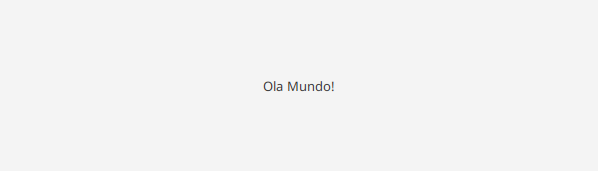
Repository: anxoportela/PROG
Program's window: java Java_Interfaz/ProyectoJavaFX/src/com/acarballeira/javaFX/ejemplo9/App.java
An editor plug-in stored every save of this project. The program's window is shown before and after a run of saves, followed by the edit.
It runs on Java 21 on a 1366 x 768 screen with JavaFX 11; the title bar is not drawn.

Above is the program's window before, as saved 2020-03-06 17:08:54.

### Java_Interfaz/ProyectoJavaFX/src/com/acarballeira/javaFX/ejemplo9/App.java
package com.acarballeira.javaFX.ejemplo9;

import javafx.application.Application;
import javafx.geometry.Pos;
import javafx.scene.Scene;
import javafx.scene.control.Label;
import javafx.stage.Stage;

public class App extends Application {
	 @Override
	 public void start(Stage primaryStage) {

	 primaryStage.setTitle("Ola Mundo!!!");
	 primaryStage.setWidth(600);
	 primaryStage.setHeight(200);
	 primaryStage.setResizable(false);

	 Label etiqueta = new Label("Ola Mundo!");
	 etiqueta.setAlignment(Pos.CENTER);

	 Scene primaryScene = new Scene(etiqueta);
	 primaryStage.setScene(primaryScene);
	 primaryStage.show();

	 }
	 public static void main(String[] args) {
	 Application.launch();
	 }
	}

After the next 2 saves:
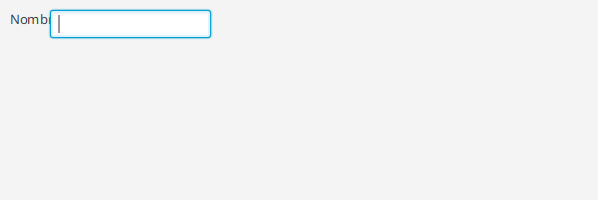
The 2 saves are shown as one change because 1 did not build or start.
The last was saved 14 min 32 s later.
--- a/Java_Interfaz/ProyectoJavaFX/src/com/acarballeira/javaFX/ejemplo9/App.java
+++ b/Java_Interfaz/ProyectoJavaFX/src/com/acarballeira/javaFX/ejemplo9/App.java
@@ -4,26 +4,40 @@
 import javafx.geometry.Pos;
 import javafx.scene.Scene;
 import javafx.scene.control.Label;
+import javafx.scene.control.TextField;
+import javafx.scene.layout.Pane;
 import javafx.stage.Stage;
 
 public class App extends Application {
-	 @Override
-	 public void start(Stage primaryStage) {
+	@Override
+	public void start(Stage primaryStage) {
 
-	 primaryStage.setTitle("Ola Mundo!!!");
-	 primaryStage.setWidth(600);
-	 primaryStage.setHeight(200);
-	 primaryStage.setResizable(false);
+		primaryStage.setTitle("Ola Mundo!!!");
+		// primaryStage.setWidth(600);
+		// primaryStage.setHeight(200);
+		// primaryStage.setResizable(false);
 
-	 Label etiqueta = new Label("Ola Mundo!");
-	 etiqueta.setAlignment(Pos.CENTER);
+		// Label etiqueta = new Label("Ola Mundo!");
+		// etiqueta.setAlignment(Pos.CENTER);
 
-	 Scene primaryScene = new Scene(etiqueta);
-	 primaryStage.setScene(primaryScene);
-	 primaryStage.show();
+		Pane root = new Pane();
+		Label nombreLabel = new Label("Nombre: ");
+		nombreLabel.relocate(10, 10);
 
-	 }
-	 public static void main(String[] args) {
-	 Application.launch();
-	 }
+		TextField nombreField = new TextField();
+		nombreField.relocate(50,10);
+
+		root.getChildren().addAll(nombreLabel,nombreField);
+
+
+		Scene primaryScene = new Scene(root,500,200);
+		primaryStage.setScene(primaryScene);
+		primaryStage.show();
+
 	}
+
+	public static void main(String[] args) {
+		Application.launch();
+	}
+
+}
